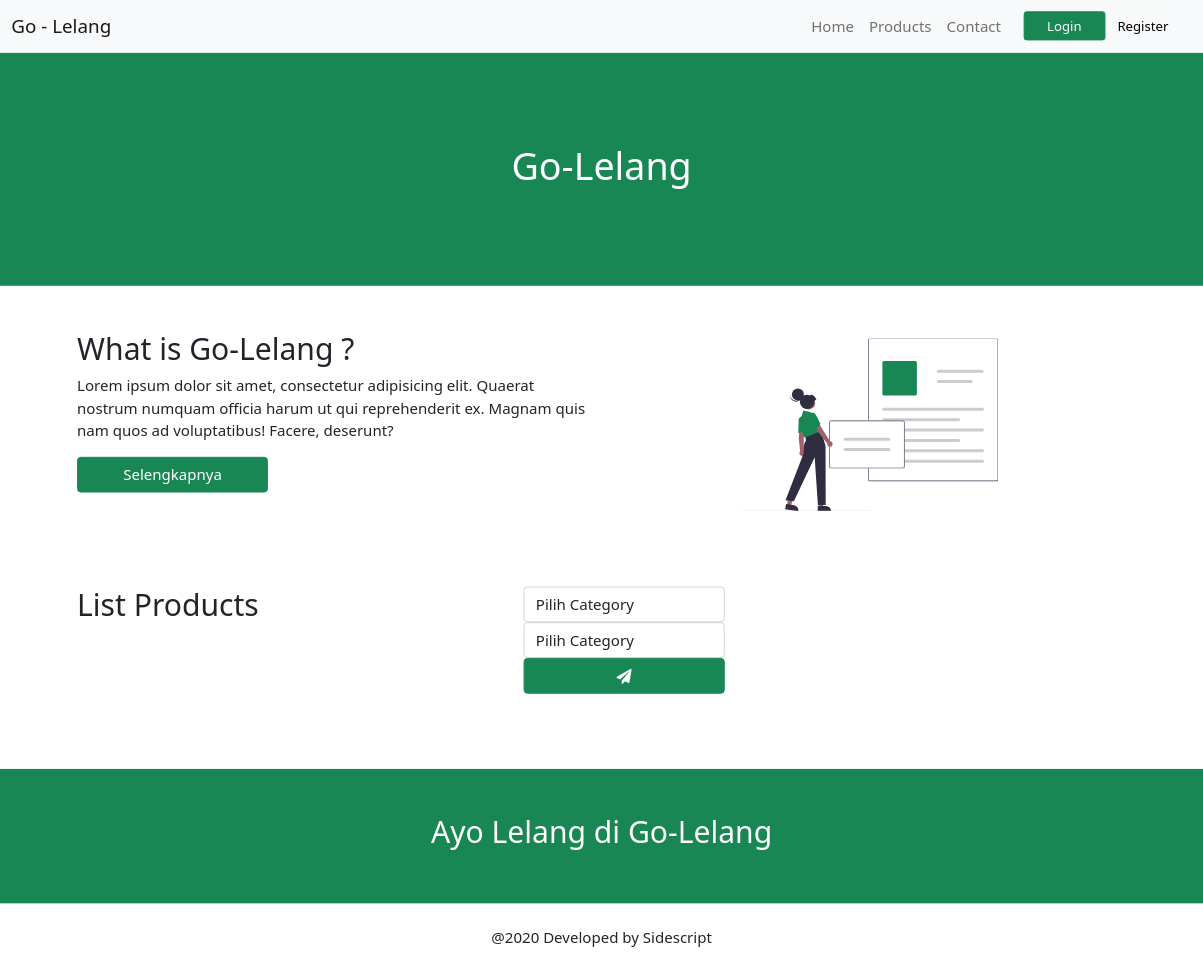
Repository: khulqu15/Go---Lelalng
Page: http://localhost/
The author's editor kept a copy of each file at every save. The page is drawn from the files as they stood at one save, then again after the next save.
The browser window is 1280 px wide. The pictures show the whole page, at 94% of full size.
The page is served by the project's Laravel application, run on PHP 8.4 with Laravel 8. Other server files are loaded and not shown. Queries for data that is not in the repository find no rows.

Above is the page before, as saved 2021-02-22 11:00:33.

### routes/web.php
<?php

use App\Http\Controllers\DashboardController;
use App\Http\Controllers\PageController;
use Illuminate\Support\Facades\Route;

/*
|--------------------------------------------------------------------------
| Web Routes
|--------------------------------------------------------------------------
|
| Here is where you can register web routes for your application. These
| routes are loaded by the RouteServiceProvider within a group which
| contains the "web" middleware group. Now create something great!
|
*/

Route::get('/', [PageController::class, 'home'])->name('home');
Route::get('products', [PageController::class, 'products'])->name('products');
Route::get('product/{id}', [PageController::class, 'product'])->name('product');
Route::get('contact', [PageController::class, 'contact'])->name('contact');
Route::get('login', [PageController::class, 'login'])->name('login');
Route::get('register', [PageController::class, 'register'])->name('register');

Route::group(['middleware' => ['userDashboard']], function() {
    Route::get('dashboard', [DashboardController::class, 'index'])->name('dashboard');
    Route::get('dashboard/product', [DashboardController::class, 'product'])->name('dashboard.product');
    Route::get('dashboard/user', [DashboardController::class, 'user'])->name('dashboard.user');
    Route::get('dashboard/auction', [DashboardController::class, 'auction'])->name('dashboard.auction');
});

### app/Http/Controllers/PageController.php
<?php

namespace App\Http\Controllers;

use App\Models\Category;
use App\Models\Product;
use Illuminate\Http\Request;

class PageController extends Controller
{
    public function home(Request $request)
    {
        $categories = Category::orderBy('id', 'DESC')->paginate(4);
        $query = Product::query();
        if($request->get('name')) {
            $products = $query->where('name', 'LIKE', '%'.$request->get('name').'%');
        }
        if($request->get('category')) {
            $products = $query->where('category_id', $request->get('category'));
        }
        $products = $query->with('Category')->orderBy('id', 'DESC')->paginate(3);
        return view('welcome', compact('products', 'categories'));
    }

    public function products(Request $request)
    {
        $query = Product::query();
        if($request->get('name')) {
            $products = $query->where('name', 'LIKE', '%'.$request->get('name').'%');
        }
        if($request->get('category')) {
            $products = $query->where('category_id', $request->get('category'));
        }
        $products = $query->paginate(3);
        return view('page.products', compact('products'));
    }

    public function product($id)
    {
        $product = Product::find($id);
        return view('page.product', compact('product'));
    }

    public function contact()
    {
        return view('page.contact');
    }

    public function login()
    {
        return view('auth.login');
    }

    public function register()
    {
        return view('auth.register');
    }
}

### app/Models/Category.php
<?php

namespace App\Models;

use Illuminate\Database\Eloquent\Factories\HasFactory;
use Illuminate\Database\Eloquent\Model;

class Category extends Model
{
    use HasFactory;

    protected $table = 'categories';

    protected $fillable = ['name'];

    public function Product()
    {
        return $this->hasMany(Product::class, 'category_id');
    }
}

### app/Models/Product.php
<?php

namespace App\Models;

use Illuminate\Database\Eloquent\Factories\HasFactory;
use Illuminate\Database\Eloquent\Model;

class Product extends Model
{
    use HasFactory;

    protected $table = 'products';

    protected $fillable = ['name', 'category_id', 'price', 'close', 'picture', 'description'];

    public function Category()
    {
        return $this->belongsTo(Category::class, 'category_id');
    }
}

### resources/views/welcome.blade.php
@extends('layout.app')

@section('title', 'Home')

@section('content')
<div class="container-fluid bg-success">
    <div class="row py-5">
        <div class="col-md-12 px-0 py-5 text-center">
            <h1 class="text-white font-weight-bold">Go-Lelang</h1>
        </div>
    </div>
</div>
<div class="container py-5">
    <div class="row">
        <div class="col-md-6">
            <h2 class="font-weight-bold">What is Go-Lelang ?</h2>
            <p>Lorem ipsum dolor sit amet, consectetur adipisicing elit. Quaerat nostrum numquam officia harum ut qui reprehenderit ex. Magnam quis nam quos ad voluptatibus! Facere, deserunt?</p>
            <button class="btn btn-success rounded px-5">Selengkapnya</button>
        </div>
        <div class="col-md-6 text-center py-2">
            <img src="{{ asset('img/illust/what.svg') }}" alt="Introduction" class="w-50">
        </div>
    </div>
</div>
<div class="container">
    <div class="row">
        <div class="col-md-5 py-4">
            <h2 class="font-weight-bold">List Products</h2>
        </div>
        <div class="col-md-7 py-4">
            <div class="row">
                <form action="{{ route('home') }}" method="GET">
                    <div class="col-md-4">
                        <div class="form-group">
                            <input type="text" value="{{ request()->get('name') == null ? 'Pilih Category' : request()->get('name') }}" class="form-control" name="name" placeholder="Cari berdasarkan nama">
                        </div>
                    </div>
                    <div class="col-md-4">
                        <div class="form-group">
                            <select type="text" class="form-control" name="category">
                                <option value="">{{ request()->get('category') == null ? 'Pilih Category' : request()->get('category') }}</option>
                                @foreach ($categories as $ctr)
                                    <option value="{{ $ctr->id }}">{{ $ctr->name }}</option>
                                @endforeach
                            </select>
                        </div>
                    </div>
                    <div class="col-md-4">
                        <button class="btn btn-success w-100"><i class="fas fa-paper-plane"></i></button>
                    </div>
                </form>
            </div>
        </div>
        @foreach ($products as $product)
        <div class="col-lg-4 col-md-6">
            <div class="card w-100 position-relative">
                <div class="badge bg-success mb-2 position-absolute" style="right: 10px; top: 10px">{{ $product->category->name }}</div>
                <div class="image">
                    <img src="{{ asset('img/product/'.$product->picture) }}" class="image-fit-card" alt="{{ $product->name }}">
                </div>
                <div class="card-body">
                    <h5 class="card-title mb-0">{{ $product->name }}</h5>
                    <p class="text-sm textm-gray mb-2">Tutup pada : {{ \Carbon\Carbon::create($product->close)->isoFormat('dddd, D MMM Y') }}</p>
                    <div class="row">
                        <div class="col-md-6">
                            <h5 class="text-success mt-1">Rp. {{ number_format($product->price) }},-</h5>
                        </div>
                        <div class="col-md-6">
                            <div class="text-right">
                                <button href="#" class="btn btn-success d-inline-block px-3">More detail</button>
                            </div>
                        </div>
                    </div>
                </div>
            </div>
        </div>
        @endforeach
        <div class="mt-4 mb-2 text-right">
            <div class="d-inline-block">
                {{ $products->links() }}
            </div>
        </div>
    </div>
</div>
<div class="container-fluid bg-success py-5">
    <div class="row">
        <div class="col-md-12 text-white text-center">
            <h2 class="font-weight-bold">Ayo Lelang di Go-Lelang</h2>
        </div>
    </div>
</div>
@endsection

### resources/views/layout/app.blade.php
<!DOCTYPE html>
<html lang="en">
<head>
    <meta charset="UTF-8">
    <meta name="viewport" content="width=device-width, initial-scale=1.0">
    <meta http-equiv="X-UA-Compatible" content="ie=edge">
    <title>GO - Lelang | @yield('title')</title>

    <script src="{{ mix('css/app.css') }}"></script>
    <link rel="stylesheet" href="{{ asset('css/bootstrap.min.css') }}">
    <link rel="stylesheet" href="{{ asset('css/all.min.css') }}">
    <link rel="stylesheet" href="{{ asset('css/fontawesome.min.css') }}">
    <link rel="stylesheet" href="{{ asset('css/style.css') }}">

    <script src="{{ mix('js/app.js') }}"></script>
    <script src="{{ asset('js/jquery-3.5.1.min.js') }}"></script>
    <script src="{{ asset('js/bootstrap.min.js') }}"></script>
    <script src="{{ asset('js/all.min.js') }}"></script>
    <script src="{{ asset('js/fontawesome.min.js') }}"></script>

</head>
<body>

    <nav class="navbar navbar-expand-lg navbar-light bg-light">
        <div class="container-fluid">
            <a class="navbar-brand" href="{{ route('home') }}">Go - Lelang</a>
            <button class="navbar-toggler" type="button" data-bs-toggle="collapse" data-bs-target="#navbarSupportedContent" aria-controls="navbarSupportedContent" aria-expanded="false" aria-label="Toggle navigation">
                <span class="navbar-toggler-icon"></span>
            </button>
            <div class="collapse navbar-collapse" id="navbarSupportedContent">
                <ul class="navbar-nav ms-auto mb-2 mb-lg-0">
                    <li class="nav-item">
                        <a class="nav-link {{ Request::is('home') ? 'active' : '' }}" aria-current="page" href="{{ route('home') }}">Home</a>
                    </li>
                    <li class="nav-item">
                        <a class="nav-link {{ Request::is('products') ? 'active' : '' }}"" href="{{ route('products') }}">Products</a>
                    </li>
                    <li class="nav-item">
                        <a class="nav-link {{ Request::is('contact') ? 'active' : '' }}"" href="{{ route('contact') }}">Contact</a>
                    </li>
                    <li class="nav-item pt-1 px-3">
                        <button class="btn btn-success btn-sm px-4" onclick="window.location = '{{ route('login') }}'">Login</button>
                        <button class="btn btn-light btn-sm px-2" onclick="window.location = '{{ route('register') }}'">Register</button>
                    </li>
                </ul>
            </div>
        </div>
    </nav>

    @yield('content')

    <footer class="container-fluid py-4">
        <div class="row">
            <div class="col-md-12 text-center">
                <p class="mb-0">@2020 Developed by Sidescript</p>
            </div>
        </div>
    </footer>
</body>
</html>

### public/css/style.css
body {
    overflow-x: hidden !important;
}
.viga {
    font-family: 'Viga', sans-serif;
}
.bgm-primary {
    background-color: #E62A2A !important;
}
.bgm-primary-light {
    background-color: #FFCECE !important;
}
.btnm-primary {
    border: none;
    border-radius: 0px !important;
    transition: all .3s ease-in-out;
    background-color: #E62A2A !important;
    padding: 1rem 2rem;
    color: white;
}
.shadow-smooth {
    box-shadow: 10px 20px 49px -8px rgba(0, 0, 0, 0.08) !important;
}
.page-item.active .page-link {
    background-color: #198754 !important;
    border-color: #198754 !important;
    color: white !important;
}
.page-link {
    color: #198754 !important;
}
.text-right {
    text-align: right !important;
}
.text-left {
    text-align: left !important;
}
.text-sm {
    font-size: .8rem;
}
.text-center {
    text-align: center !important;
}
.cursor-point {
    cursor: pointer;
}
.btnm-primary:hover {
    color: white !important;
    background-color: #c01c1c !important;
}
.btnm-light {
    border: none;
    border-radius: 0px !important;
    transition: all .3s ease-in-out;
    background-color: #f2f2f2 !important;
    padding: 1rem 2rem;
    color: #292929;
}
.btnm-light:hover {
    color: #292929 !important;
    background-color: #c2c2c2 !important;
}
.textm-primary {
    color: #E62A2A !important;
}
.textm-gray {
    color: gray !important;
}

.input-search-home {
    width: 80%;
    position: absolute;
    left: 10%;
    height: 60px;
    box-shadow: 0px 20px 40px -6px rgba(0, 0, 0, 0.12);
    top: -50px;
    background-color: white;
}
.input-search-home input {
    height: 60px;
}
.input-search-home button,
.input-search-home a {
    position: relative;
    top: -10px;
}
.maxm-height {
    min-height: 70vh;
    max-height: 70vh !important;
    overflow-y: auto !important;
    overflow-x: hidden !important;
}


.card-product {
    width: 100%;
    transition: all .3s ease-in-out;
    height: 370px;
    background-color: white;
}
.card-product:hover {
    box-shadow: 12px 24px 48px rgba(0, 0, 0, 0.09);
}
.card-product .image {
    width: 100%;
    height: 170px;
    background-color: #f36c6c;
    overflow: hidden;
}
.card-product .image img {
    transition: all .3s ease-in-out;
}
.card-product .image:hover img {
    transform: scale(1.1);
    opacity: .6;
}
.card-product .like {
    width: 50px;
    height: 50px;
    border-radius: 50px;
    background-color: #fccece;
    color: #E62A2A;
    position: absolute;
    line-height: 53px;
    text-align: center;
    z-index: 10;
    top: 140px;
    right: 20px;
    transition: all .3s ease-in-out;
}
.card-product .like:hover {
    cursor: pointer;
    background-color: #c01c1c;
    color: #FFCECE;
}
.card-product .liked {
    width: 50px;
    height: 50px;
    border-radius: 50px;
    background-color: #E62A2A;
    color: #fccece;
    position: absolute;
    line-height: 53px;
    text-align: center;
    z-index: 10;
    top: 140px;
    right: 20px;
    transition: all .3s ease-in-out;
}
.card-product .like:hover {
    cursor: pointer;
    color: #c01c1c;
    background-color: #FFCECE;
}
.image-fit-card {
    width: 100%;
    height: 100%;
    object-fit: cover !important;
}
.card-product .line-category {
    display: inline-block;
    width: 20px;
    height: 3px;
    background-color: gray;
}

.bg-hammer-bottom {
    background: url('../img/wallpaper/hammer.png');
    background-attachment: fixed;
    background-position: center;
    background-size: cover;
}

.input-email-footer {
    position: relative;
    width: 100%;
    height: 70px;
    box-shadow: 0px 19px 38px rgba(0, 0, 0, 0.12);
    background-color: white;
}
.input-email-footer input {
    height: 70px;
    width: 100%;
}
.input-email-footer button {
    position: relative;
    top: -8px
}

.menu-footer {
    color: rgba(255, 255, 255, .5);
}
.menu-footer.active,
.menu-footer:hover {
    color: rgba(255, 255, 255, 1);
    cursor: pointer;
    transition: all .4s ease-in-out;
}
.menu-footer .icon {
    position: absolute;
    right: -50px;
    opacity: 0;
    transition: all .2s ease-in-out;
    visibility: hidden;
}
.menu-footer.active .icon,
.menu-footer:hover .icon {
    position: relative;
    opacity: 1;
    right: 0;
    visibility: visible;
}
.menu-footer .menu-title {
    transition: all .2s ease-in-out;
    position: relative;
    font-size: 3rem;
    right: -10px;
}
.menu-footer.active .menu-title,
.menu-footer:hover .menu-title {
    position: relative;
    right: 0px;
}

.icons-footer svg {
    transition: all .2s ease-in-out;
    color: #c2c2c2;
    margin: 0px .8rem;
    font-size: 1.4rem;
}

.icons-footer svg:hover {
    cursor: pointer;
    color: #767676;
}

.navbar {
    transition: all .3s ease-in-out;
    z-index: 100;
}
.burger {
    position: relative;
    top: -5px;
    margin: 10px 0px 0px 0px;
}
.burger div {
    width: 30px;
    height: 2px;
    margin: 7px 0px;
    position: relative;
    background-color: #767676;
    transition: all .3s ease-in-out;
}
.burger.times div:nth-child(1) {
    transform: rotate(45deg);
    top: 5px;
}
.burger.times div:nth-child(2) {
    transform: rotate(-45deg);
    top: -5px;
}

.navbar-fixed {
    position: fixed;
    width: 100%;
    z-index: 50;
    overflow-x: hidden !important;
    overflow-y: auto !important;
    height: 100%;
    top: 0;
    opacity: 1;
    transform: skew(0deg);
    background-color: white;
    visibility: visible;
    right: 0;
    transition: all .5s ease-in;
}
.avatar-sm {
    width: 40px;
    height: 40px;
    border-radius: 40px;
    overflow: hidden;
    display: inline-block;
}
.avatar-md {
    width: 50px;
    height: 50px;
    border-radius: 50px;
    overflow: hidden;
    display: inline-block;
}
.avatar-sm-navbar {
    width: 40px;
    height: 40px;
    border-radius: 40px;
    display: inline-block;
    right: 120px;
    position: absolute;
    z-index: 10;
    overflow: hidden;
    transition: all .3s ease-in-out;
    top: 24px;
    box-sizing: content-box;
}
.avatar-sm-navbar:hover {
    cursor: pointer;
    border: 4px solid gainsboro;
    top: 20px;
    right: 112px;
}
.navbar-fixed.hide {
    transform: skew(10deg) !important;
    opacity: 0 !important;
    right: -100% !important;
    visibility: hidden !important;
}
.menu-navbar {
    color: rgba(44, 44, 44, 0.5);
}
.menu-navbar.active,
.menu-navbar:hover {
    color: rgba(44, 44, 44, 1) !important;
    cursor: pointer;
    transition: all .4s ease-in-out;
}
.menu-navbar .icon {
    position: absolute;
    right: -50px;
    opacity: 0;
    transition: all .2s ease-in-out;
    visibility: hidden;
}
.menu-navbar.active .icon,
.menu-navbar:hover .icon {
    position: relative;
    opacity: 1;
    right: 0;
    visibility: visible;
}
.menu-navbar .menu-title {
    transition: all .2s ease-in-out;
    position: relative;
    font-size: 3rem;
    right: -10px;
}
.menu-navbar.active .menu-title,
.menu-navbar:hover .menu-title {
    position: relative !important;
    right: 0px !important;
}
a {
    text-decoration: none !important;
}
.full-page,
.bg-product {
    width: 100%;
    min-height: 100vh;
    overflow: hidden;
    position: relative;
    background-color: #292929;
}
.full-page {
    background-color: #f36c6c !important;
}
.bg-product img {
    opacity: .8;
}

.avatar-profile {
    width: 80px;
    margin: 0px auto;
    height: 80px;
    display: inline-block;
    border-radius: 80px;
    overflow: hidden !important;
    background-color: #E62A2A;
}
.ellipsis-menu-right {
    top: 0;
    right: 0;
    margin: .7rem;
    font-size: 1.2rem;
}

.card-profile-navbar {
    background-color: white;
    width: 300px;
    position: relative;
    z-index: 100;
}
.card-auction {
    box-shadow: 0px 5px 15px rgba(0, 0, 0, 0.12);
    transition: all .3s ease-in-out;
}
.card-auction:hover {
    box-shadow: 0px 10px 30px rgba(0, 0, 0, 0.1);
}
.alert-respond {
    width: 50%;
    top: 20%;
    z-index: 100;
    left: 25%;
}
@media only screen and (max-width: 760px) {
    .alert-respond {
        z-index: 100;
        top: 20%;
        width: 80%;
        left: 10%;
    }
}

.btn-fab {
    position: fixed;
    right: 25px;
    bottom: 25px;
    z-index: 100;
}

.menu-ellipsis {
    width: 260px;
    overflow: hidden;
    right: 0;
    background-color: white;
    transition: all .3s ease-in-out;
    box-shadow: 0px 10px 20px rgba(0, 0, 0, 0.08);
}
.menu-ellipsis.hide {
    opacity: 0 !important;
    visibility: hidden !important;
    right: -20px !important;
}
.menu-ellipsis .item {
    padding: .7rem 1.4rem;
    transition: all .3s ease-in-out;
    text-align: right !important;
    cursor: pointer;
}
.menu-ellipsis .item:hover {
    background-color: gainsboro;
}

Loaded but not shown: app/Providers/AppServiceProvider.php (common file); app/Http/Controllers/Controller.php (common file); public/mix-manifest.json (common file); public/css/bootstrap.min.css (library); public/css/all.min.css (library); public/css/fontawesome.min.css (library); public/js/app.js (library); public/js/jquery-3.5.1.min.js (library); public/js/bootstrap.min.js (library); public/js/fontawesome.min.js (library); public/img/illust/what.svg (1 lines, source omitted); public/css/app.css (empty)

After the next save:
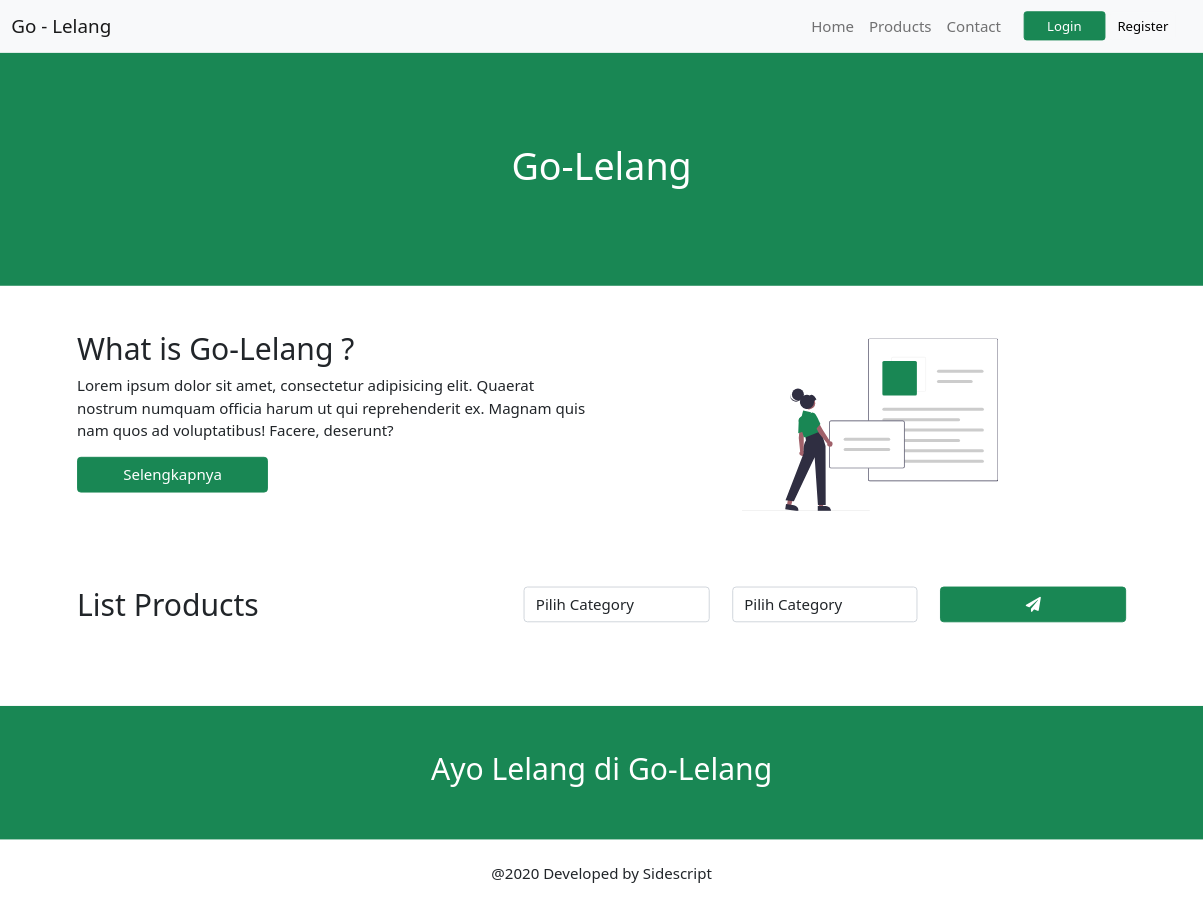
Saved 24 s later.
--- a/resources/views/welcome.blade.php
+++ b/resources/views/welcome.blade.php
@@ -30,23 +30,25 @@
         <div class="col-md-7 py-4">
             <div class="row">
                 <form action="{{ route('home') }}" method="GET">
-                    <div class="col-md-4">
-                        <div class="form-group">
-                            <input type="text" value="{{ request()->get('name') == null ? 'Pilih Category' : request()->get('name') }}" class="form-control" name="name" placeholder="Cari berdasarkan nama">
+                    <div class="row">
+                        <div class="col-md-4">
+                            <div class="form-group">
+                                <input type="text" value="{{ request()->get('name') == null ? 'Pilih Category' : request()->get('name') }}" class="form-control" name="name" placeholder="Cari berdasarkan nama">
+                            </div>
                         </div>
-                    </div>
-                    <div class="col-md-4">
-                        <div class="form-group">
-                            <select type="text" class="form-control" name="category">
-                                <option value="">{{ request()->get('category') == null ? 'Pilih Category' : request()->get('category') }}</option>
-                                @foreach ($categories as $ctr)
-                                    <option value="{{ $ctr->id }}">{{ $ctr->name }}</option>
-                                @endforeach
-                            </select>
+                        <div class="col-md-4">
+                            <div class="form-group">
+                                <select type="text" class="form-control" name="category">
+                                    <option value="">{{ request()->get('category') == null ? 'Pilih Category' : request()->get('category') }}</option>
+                                    @foreach ($categories as $ctr)
+                                        <option value="{{ $ctr->id }}">{{ $ctr->name }}</option>
+                                    @endforeach
+                                </select>
+                            </div>
                         </div>
-                    </div>
-                    <div class="col-md-4">
-                        <button class="btn btn-success w-100"><i class="fas fa-paper-plane"></i></button>
+                        <div class="col-md-4">
+                            <button class="btn btn-success w-100"><i class="fas fa-paper-plane"></i></button>
+                        </div>
                     </div>
                 </form>
             </div>
